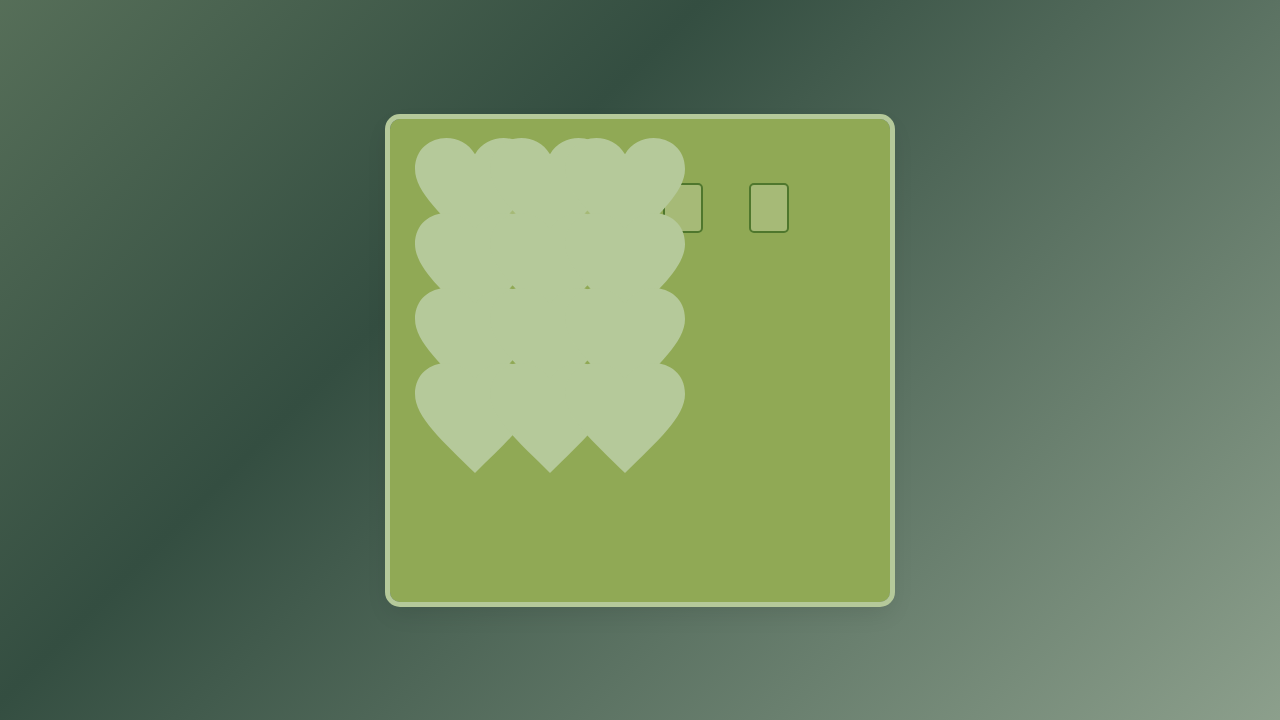
Repository: jahatesu/project-cutie
Page: index.html
These files come from the project's save history. The page is drawn as it stood at one moment and after a run of saves; the edit follows.
The browser window is 1280 px wide. The pictures show the whole page.
Some web libraries are served in a nearby version.

Above is the page before, as saved 2025-08-14 21:10:32.
Console error: TypeError: Cannot read properties of null (reading 'getBoundingClientRect')

### index.html
<!DOCTYPE html>
<html lang="en">
<head>
    <meta charset="UTF-8"
    meta http-equiv="X-UA-Compatible" content="IE=edge">
    <meta name="viewport" content="width=device-width, initial-scale=1.0">
    <title>idk yet</title>
    <link rel="stylesheet" href="https://cdnjs.cloudflare.com/ajax/libs/font-awesome/7.0.0/css/all.min.css">
    <link rel="stylesheet" href="style.css">
</head>

<body>
    <div class="wrapper">
        <!-- <i class="fa-solid fa-heart"></i>
        <h2 class="question">Do you wanna see why I think you’re the cutest?</h2>
        <div class="btn-group">
            <button class="btn-yes">Yes</button>
            <button class="btn-no">No</button>
        </div> -->

        <!-- PIN DISPLAY -->
         <div class="pin-display">
            <div class="pin-box"></div>
            <div class="pin-box"></div>
            <div class="pin-box"></div>
            <div class="pin-box"></div>
         </div>

         <!-- HEART BUTTONS -->
         <div class="heart-pad">
            <button data-num = "1">1</button>
          <button data-num = "2">2</button>
          <button data-num = "3">3</button>
          <button data-num = "4">4</button>
          <button data-num = "5">5</button>
          <button data-num = "6">6</button>
          <button data-num = "7">7</button>
          <button data-num = "8">8</button>
          <button data-num = "9">9</button>
          <button data-num = "*">*</button>
          <button data-num = "0">0</button>
          <button data-num = "#">#</button>
         </div>
    </div>

    <script src="script.js"></script>


</body>
</html>

### style.css
:root{
    --bg1:#e9f5db;
    --bg2:#90a955;
    --accent:#b5c99a;
    --ink:#232323;
    --splash-duration: 2600ms;
  }

*{
    margin: 0;
    padding: 0;
    box-sizing: border-box;
}

html, body {
    display: flex;
    justify-content: center;
    align-items: center;
    min-height: 100vh;
  width: 100%;
  height:100%;
}

body {
    background: linear-gradient(-45deg, #e9f5db, #344e41, #b5c99a, #23d5ab);
    background-size: 400% 400%;
    animation: gradient 15s ease infinite;
}

@keyframes gradient {
    0% {
        background-position: 0% 50%;
    }
    50% {
        background-position: 100% 50%;
    }
    100% {
        background-position: 0% 50%;
    }
}
.wrapper{
    position: relative;
    width: 90%;
    padding: 5%;
    max-width: 500px;
    margin: 50px 50px;
    height: fit-content;
    /* max-height: 50%; */
    background: #90a955;
    border-radius: 10px;
    display: flex;
    justify-content: center;
    align-items: center;
    box-shadow: 0 10px 25px rgba(0,0,0,0.1);
    flex-direction: column;
    text-align: center;
    outline: 5px solid #b5c99a;
}

.pin-display{
  display: flex;
  justify-content: space-between;
  margin-bottom: 20px;
  width: 80%;
}

.pin-box{
  width: clamp(30px, 9vw, 40px);
  height: clamp(30px, 9vw, 50px);
  border: 2px solid #4f772d;
  border-radius: 5px;
  background: rgba(255,255,255,0.2);
}

.heart-pad{
  display: grid;
   grid-template-columns: repeat(3, 60px);
  gap: 15px;
}

.heart-pad button {
  position: relative;
  width: 60px;
  height: 60px;
  font-size: 1.2rem;
  color: white;
  border: none;
  cursor: pointer;
  background: #b5c99a;
  clip-path: path("M12 4.248c-3.148-5.402-12-3.825-12 2.944 0 4.661 5.571 9.427 12 15.808 6.43-6.381 12-11.147 12-15.808 0-6.792-8.875-8.306-12-2.944z");
  transform: scale(5);

/* .wrapper i {
  font-size: 50px;
  margin-bottom: 10px;
  color: #e9f5db;
}

i{
    font-size:7.5em;
    color: #e9f5db;
    border: 5px solid transparent;
}

h2{
    font-size: 2em;
    color: #e9f5db;
    margin: 15px 0;
}
@media (max-width: 600px) {
  .h2 {
    font-size: 1.2rem;
  }
}

.btn-group{
    width: 100%;
    height: 40px;
    display: flex;
    justify-content: center;
    margin-top: 15px;
}

button {
    position: absolute;
    width: 150px;
    height: inherit;
    font-size: 1.2em;
    color: #e9f5db;
    font-weight: 600;
    border-radius: 30px;
    border: 2px solid #4f772d;
    cursor: pointer;
    box-shadow: 0 5px 15px rgba(0,0,0,0.3);
}

button:nth-child(1){
    margin-left: -200px;
    background: #4f772d;
    color: #b5c99a;
}

button:nth-child(2){
    margin-right: -200px;
    color: #b5c99a;
}

@media (max-width: 400px) {
  .question {
    font-size: 5vw;
  }
  button {
    font-size: 4vw;
  }
} */

### script.js
const wrapper = document.querySelector(".wrapper");
const question = document.querySelector(".question");
const yesBtn = document.querySelector(".btn-yes");
const noBtn = document.querySelector(".btn-no");

const wrapperRect = wrapper.getBoundingClientRect();
const noBtnRect = noBtn.getBoundingClientRect();


yesBtn.addEventListener('click', () => {
    question.innerHTML = 'I knew it! Love you too <3 ';
})

noBtn.addEventListener('mouseover', () => {
    const i = Math.floor(Math.random() * (wrapperRect.width - noBtnRect.width));
    const j = Math.floor(Math.random() * (wrapperRect.height - noBtnRect.height));
    noBtn.style.left = i + "px";
    noBtn.style.top = j + "px";
})

After the next 3 saves:
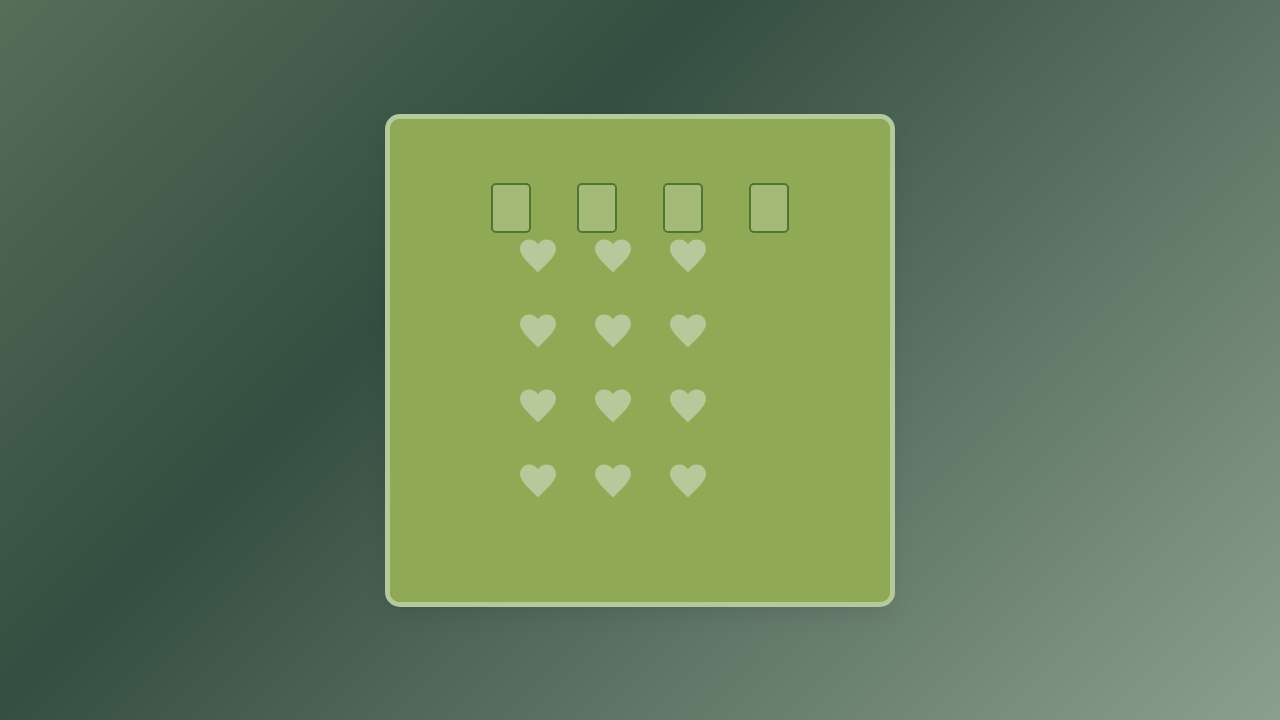
The 3 saves are shown as one change because they came seconds apart.
The last was saved 12 s later.
--- a/style.css
+++ b/style.css
@@ -88,7 +88,7 @@ body {
   cursor: pointer;
   background: #b5c99a;
   clip-path: path("M12 4.248c-3.148-5.402-12-3.825-12 2.944 0 4.661 5.571 9.427 12 15.808 6.43-6.381 12-11.147 12-15.808 0-6.792-8.875-8.306-12-2.944z");
-  transform: scale(5);
+  transform: scale(1.5);
 
 /* .wrapper i {
   font-size: 50px;
